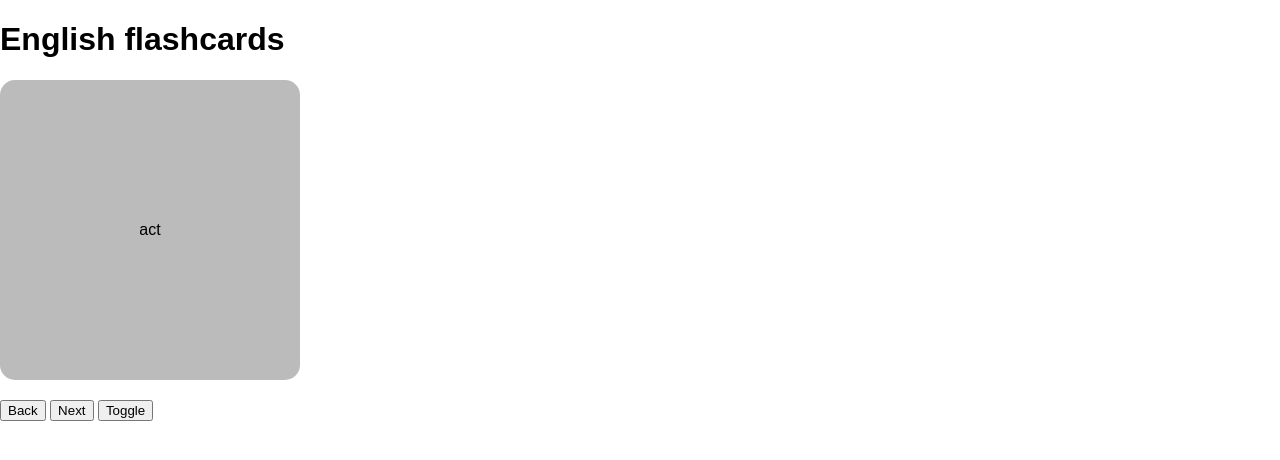
Repository: AdrianGizycki/English-Flashcards
Page: index.html
An editor plug-in stored every save of this project. The page is shown before and after the next save, followed by the edit.
The browser window is 1280 px wide. The pictures show the whole page.

Above is the page before, as saved 2019-09-15 15:23:23.

After the next save:
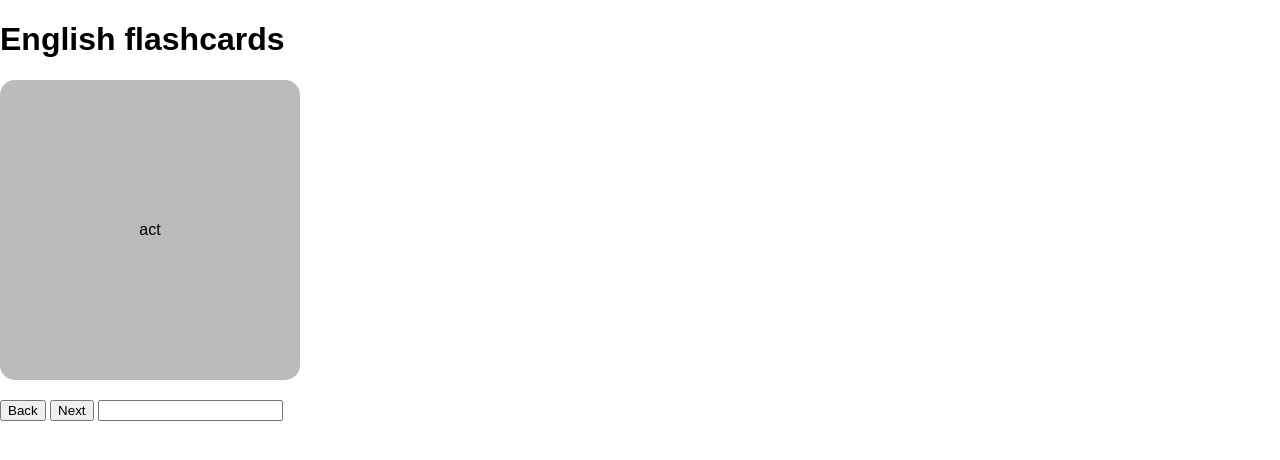
Saved 11 s later.
--- a/index.html
+++ b/index.html
@@ -22,7 +22,7 @@
                 </div>
                 <button class="btn1">Back</button>
                 <button class="btn2">Next</button>
-                <button class="btn3">Toggle</button>
+                <input
             </div>
     </div>
     </div>
